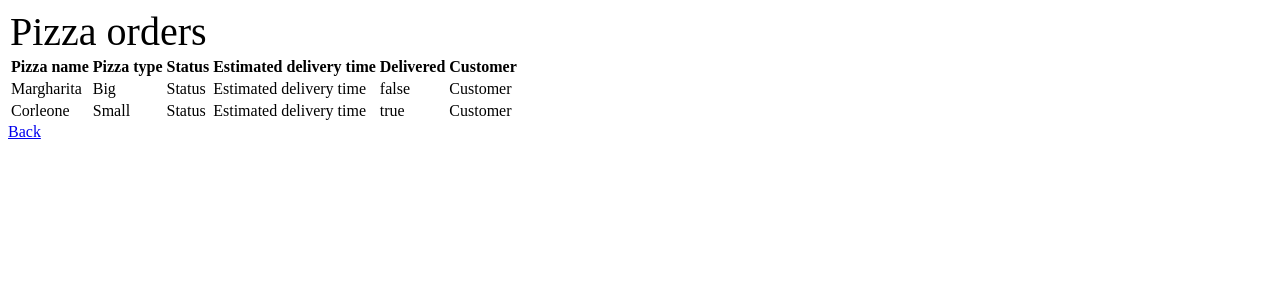
Repository: lukas77pro/html_css_js
Page: html/Test/WebContent/Tabela.html
These files come from the project's save history. The page is drawn as it stood at one moment and after the next save; the edit follows.
The browser window is 1280 px wide. The pictures show the whole page.
The pointer rests on the first visible `tr:nth-child(odd)`.

Above is the page before, as saved 2015-07-10 13:14:02.

### html/Test/WebContent/Tabela.html
<!DOCTYPE html>
<html>
<head>
<meta charset="UTF-8">
<title>Insert title here</title>
<link rel="stylesheet" type="text/css" href="Styl.css">
</head>
<body>
	<legend id="LegendMain">Pizza orders</legend>
	<table>
		<tr>
			<th>Pizza name</th>
			<th>Pizza type</th>
			<th>Status</th>
			<th>Estimated delivery time</th>
			<th>Delivered</th>
			<th>Customer</th>
		</tr>
		<tr>
			<td>Margharita</td>
			<td>Big</td>
			<td>Status</td>
			<td>Estimated delivery time</td>
			<td>false</td>
			<td>Customer</td>
		</tr>
		<tr>
			<td>Corleone</td>
			<td>Small</td>
			<td>Status</td>
			<td>Estimated delivery time</td>
			<td>true</td>
			<td>Customer</td>
		</tr>
	</table>

	<a href="Formularz.html">Back</a>

</body>
</html>

### html/Test/WebContent/Styl.css
@CHARSET "UTF-8";

#Customer {

}

#Legend1 {
	font-family: Arial, Helvetica Neue, Helvetica, sans-serif;
	font-size: 20px;
	font-style: normal;
	font-variant: normal;
	font-weight: 500;
	line-height: 22px;
}

#LegendMain {
	font-size: 40px;
}

/* table , th, td {
    border: 2px solid black;
    tr:nth-child(odd)		{ background-color:#eee; }
	tr:nth-child(even)		{ background-color:#fff; }
} */


tr:nth-child(even):hover {
  background: pink;
}

After the next save:
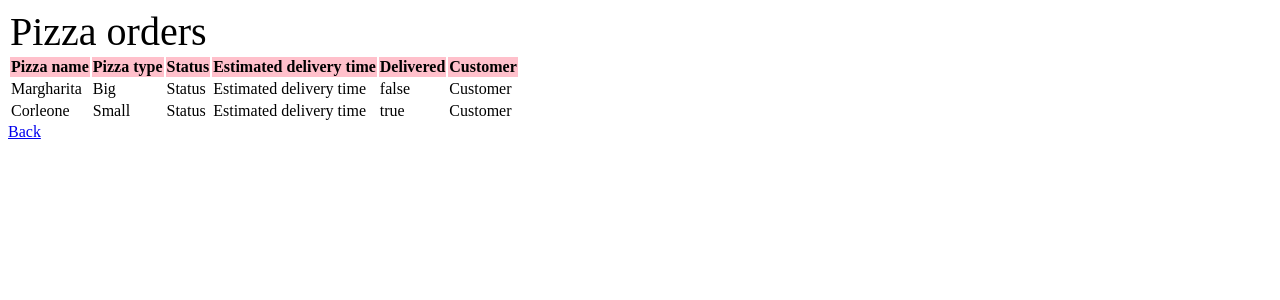
Saved 21 s later.
--- a/html/Test/WebContent/Styl.css
+++ b/html/Test/WebContent/Styl.css
@@ -27,3 +27,6 @@
 tr:nth-child(even):hover {
   background: pink;
 }
+tr:nth-child(odd):hover {
+  background: pink;
+}
